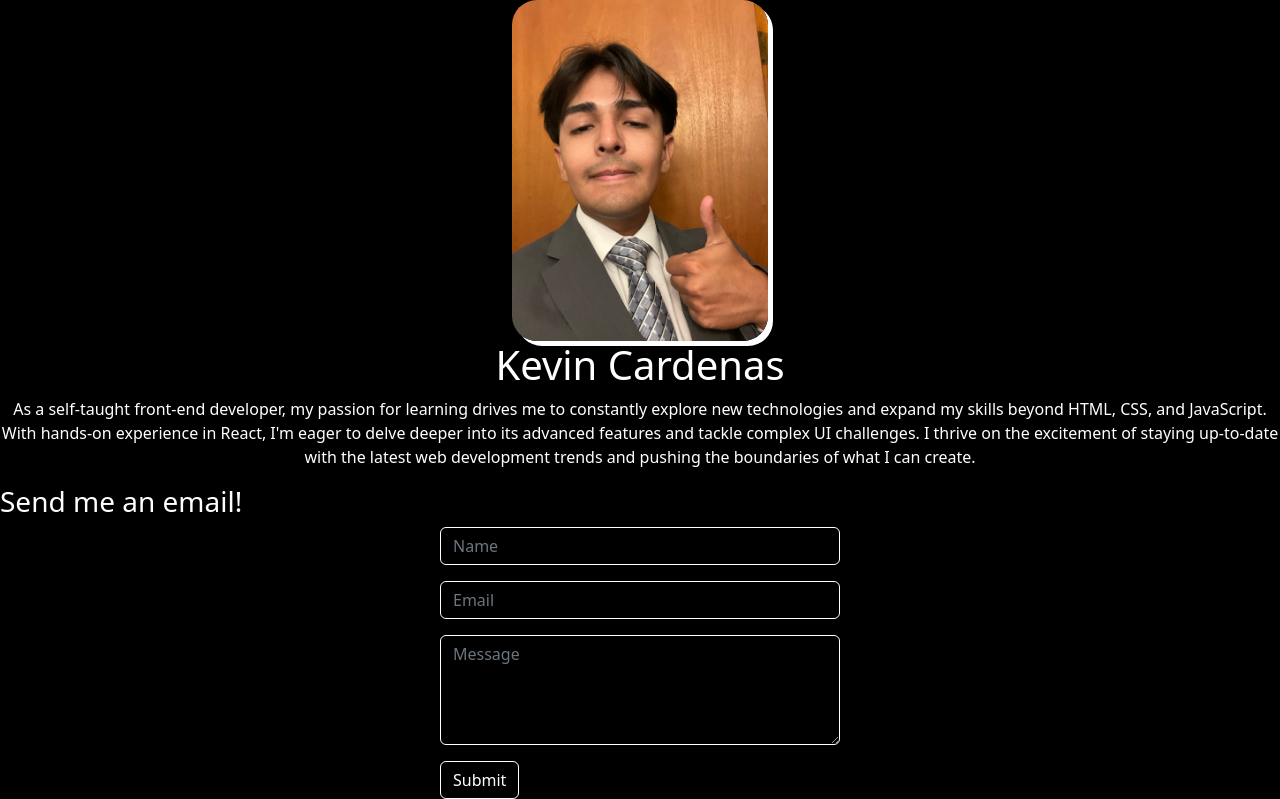
Repository: elqueben/elqueben.github.io
Page: public/index.html
An editor plug-in stored every save of this project. The page is shown before and after a run of saves, followed by the edit.
The browser window is 1280 px wide. The pictures show the whole page.

Above is the page before, as saved 2023-06-20 11:57:56.

After the next 2 saves:
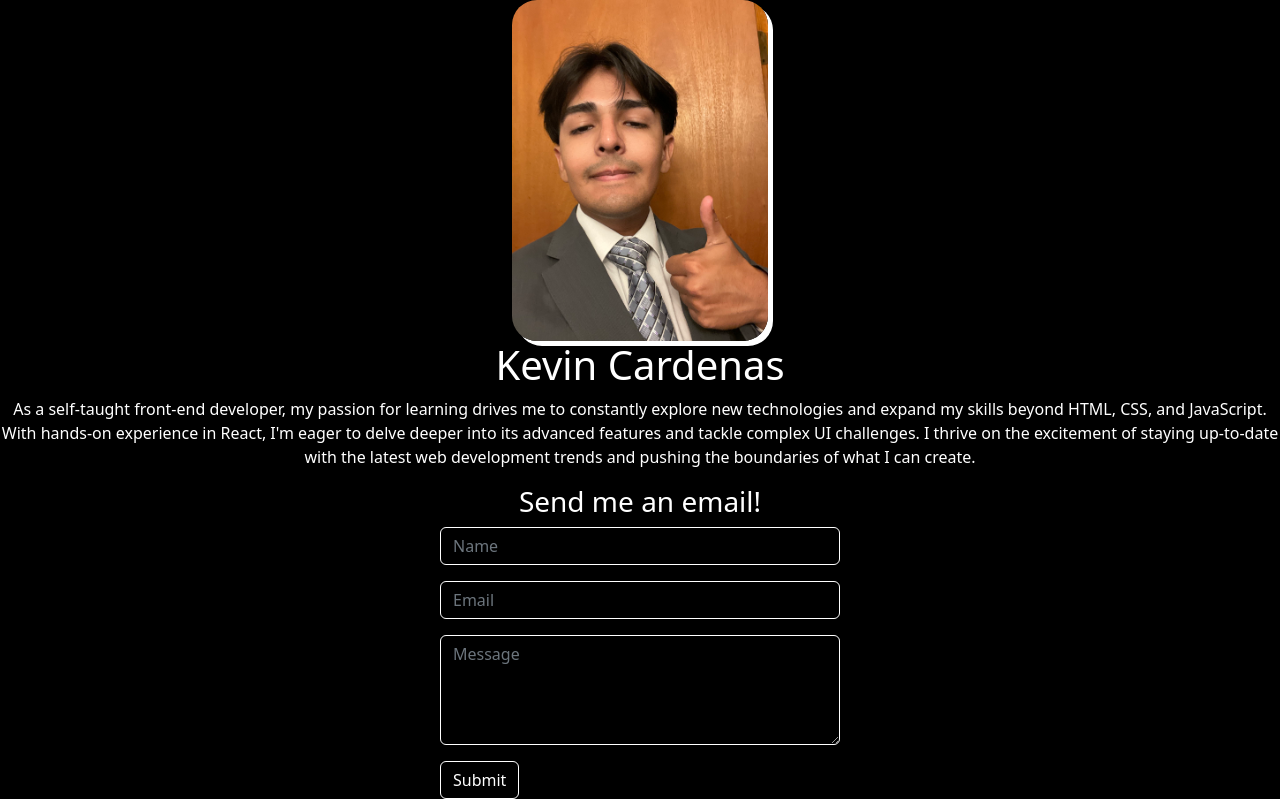
The 2 saves are shown as one change because they came seconds apart.
The last was saved 6 s later.
--- a/public/index.html
+++ b/public/index.html
@@ -15,7 +15,7 @@
   <p class="text-center">As a self-taught front-end developer, my passion for learning drives me to constantly explore new technologies and expand my skills beyond HTML, CSS, and JavaScript. With hands-on experience in React, I'm eager to delve deeper into its advanced features and tackle complex UI challenges. I thrive on the excitement of staying up-to-date with the latest web development trends and pushing the boundaries of what I can create.</p>
   <div>
     <div>
-      <h3>Send me an email!</h3>
+      <h3 class="text-center">Send me an email!</h3>
       <form class="my-form">
         <div class="mb-3">
           <input type="text" name="name" class="form-control" placeholder="Name">
